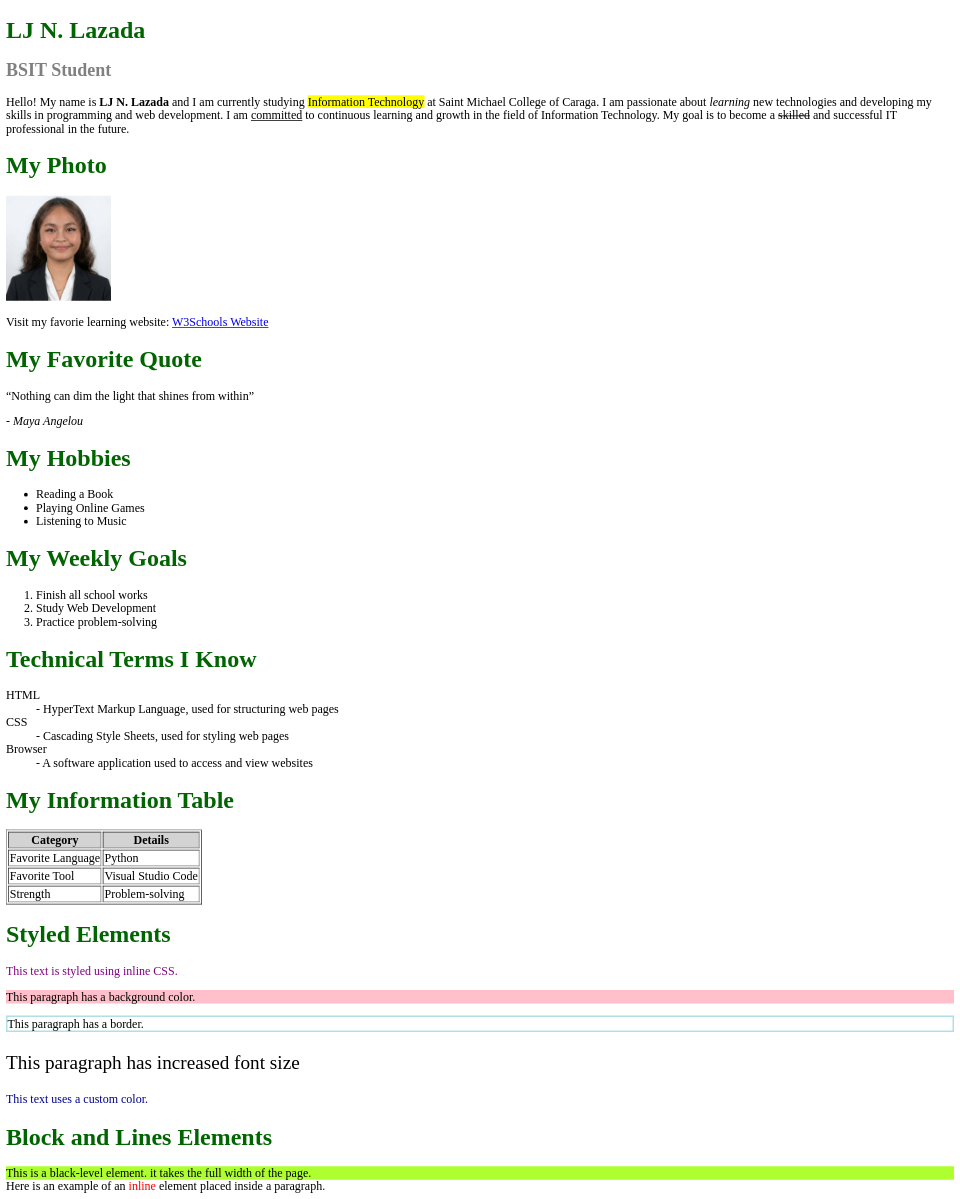
Repository: ljlazada11/myfirsthtml
Page: index.html
An editor plug-in stored every save of this project. The page is shown before and after the next save, followed by the edit.
The browser window is 1280 px wide. The pictures show the whole page, at 75% of full size.

Above is the page before, as saved 2026-06-24 21:19:45.

After the next save:
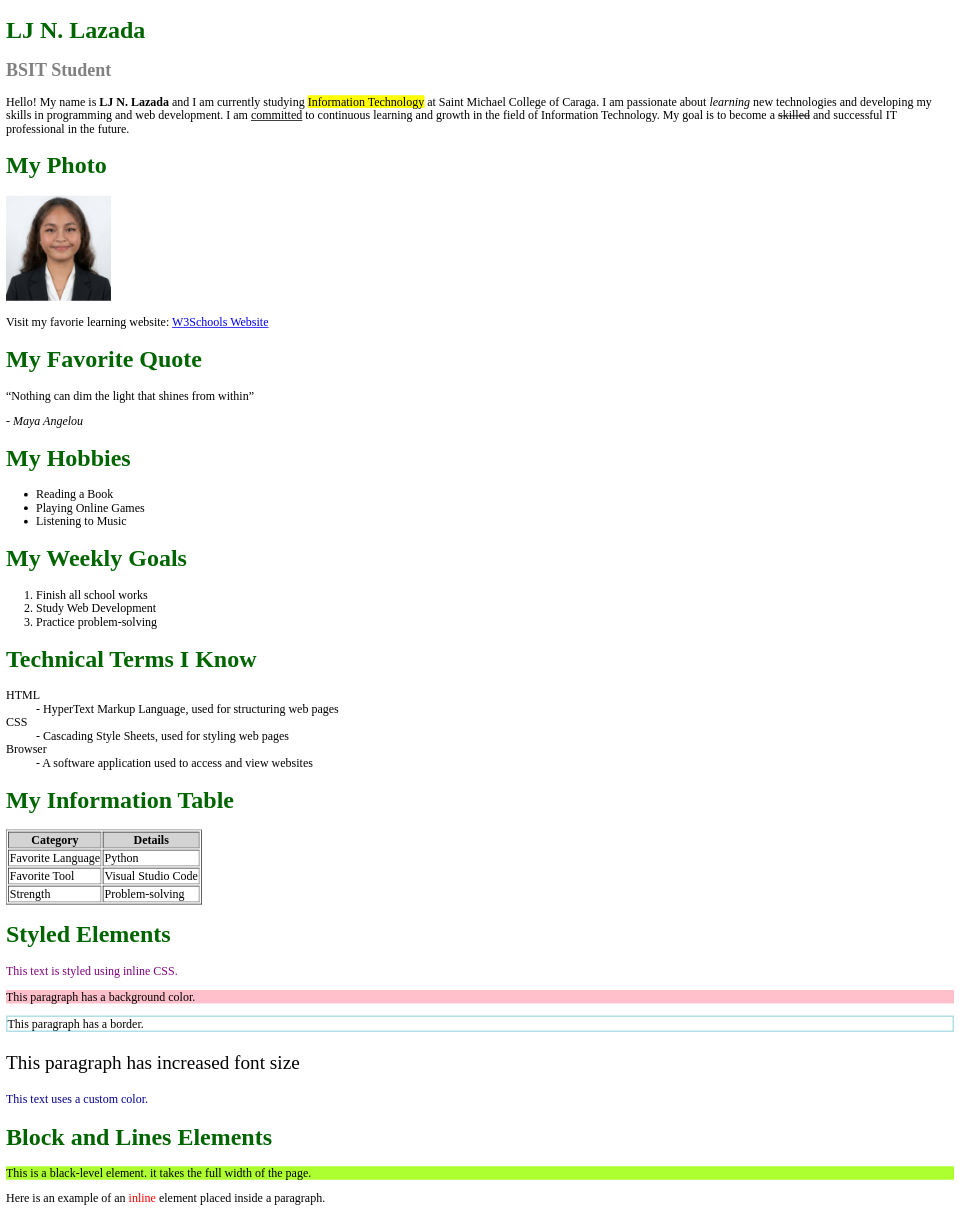
Saved 32 s later.
--- a/index.html
+++ b/index.html
@@ -74,6 +74,6 @@
 </body>
     <h1 style="color:darkgreen;">Block and Lines Elements</h1>
     <div style="background:greenyellow;">This is a black-level element. it takes the full width of the page.</div>
-    Here is an example of an <span style="color:red;">inline</span> element placed inside a paragraph.
+    <p>Here is an example of an <span style="color:red;">inline</span> element placed inside a paragraph.</p>
 
 </html>
